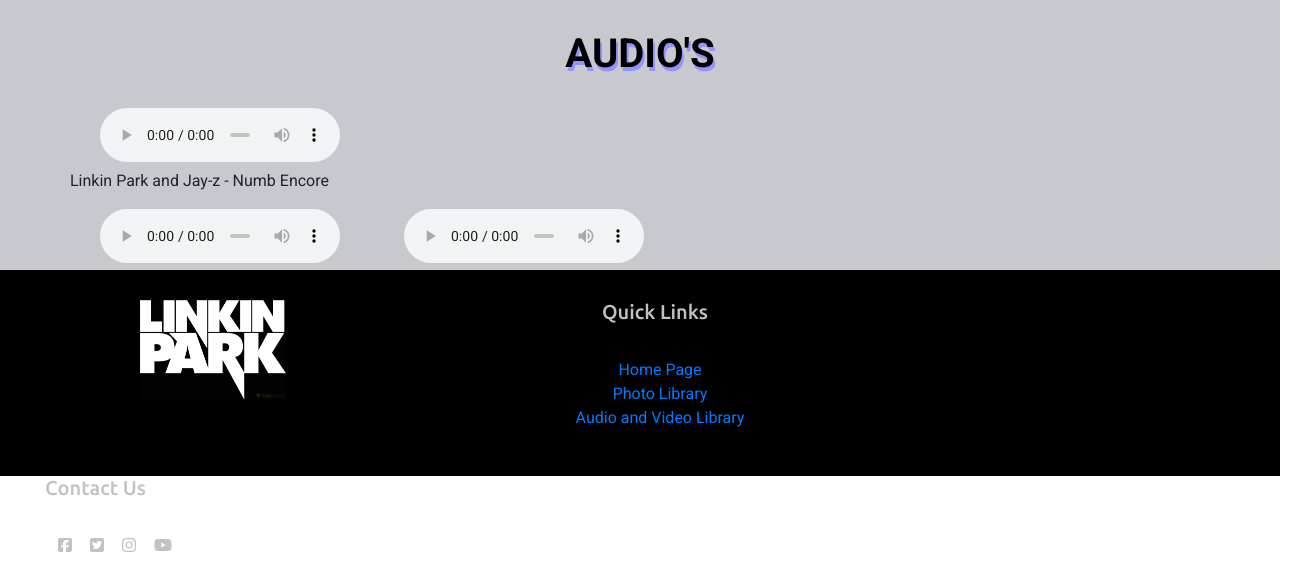
Repository: vaida898/website
Page: audio-video.html
The author's editor kept a record of every edit. The page is drawn from the files as they stood at one moment, then again after the next edit.
The browser window is 1280 px wide. The page is 1295 px wide, so the pictures cover 1295 px, including what lies to the right of the window. The pictures show the part of the page from y = 1471 to 2105 px (the page is 2045 px tall before and 2105 px after).
Some web libraries are served in a nearby version.

Above is the page before.
Console error: TypeError: Cannot read properties of undefined (reading 'fn')

### audio-video.html
<!DOCTYPE html>
<html lang="en">

<head>
    <meta charset="UTF-8">
    <meta name="viewport" content="width=device-width, initial-scale=1.0">
    <meta http-equiv="X-UA-Compatible" content="ie=edge">
    <title>LinkinPark website</title>

    <link rel="stylesheet" href="https://stackpath.bootstrapcdn.com/bootstrap/4.3.1/css/bootstrap.min.css" integrity="sha384-ggOyR0iXCbMQv3Xipma34MD+dH/1fQ784/j6cY/iJTQUOhcWr7x9JvoRxT2MZw1T" crossorigin="anonymous">
    <script src="https://kit.fontawesome.com/642fee131a.js" crossorigin="anonymous"></script>
    <script src="https://stackpath.bootstrapcdn.com/bootstrap/4.3.1/js/bootstrap.min.js" integrity="sha384-JjSmVgyd0p3pXB1rRibZUAYoIIy6OrQ6VrjIEaFf/nJGzIxFDsf4x0xIM+B07jRM" crossorigin="anonymous"></script>
    <link rel="stylesheet" href="https://cdnjs.cloudflare.com/ajax/libs/hover.css/2.3.1/css/hover-min.css" type="text/css" />
    <!-- Google font "Ubuntu" -->

    <link href="https://fonts.googleapis.com/css?family=Ubuntu:300,400,500,600,700&display=swap" rel="stylesheet">
    <link href="https://fonts.googleapis.com/css?family=Roboto:400,400i,500,500i,700,700i,900,900i&display=swap" rel="stylesheet">
    <link rel="stylesheet" href="css/style.css" type="text/css" />

</head>

<body>

    <!-- Navigation bar -->

    <header>
        <div class="container-fluid navalert-container">
            <nav class="navbar navbar-light navbar-expand-sm" style="background-color: #3D3FD1">
                <a target="_blank" href="index.html">
                    <i class="brand">LinkinPark</i>
                </a>
                <button class="navbar-toggler ml-auto" type="button" data-toggle="collapse" data-target="#navbarNavDropdown" aria-controls="navbarNavDropdown" aria-expanded="false" aria-label="Toggle navigation">
        <span class="navbar-toggler-icon"></span></button>

                <div id="navbarNavDropdown" class="collapse navbar-collapse">
                    <ul class="navbar-nav mr-auto">
                        <li class="nav-item mr-2 hvr-glow"><a class="nav-link" href="/">Home</a></li>
                        <li class="nav-item mr-2 hvr-glow"><a class="nav-link" href="/Photo library">Photo library</a></li>
                        <li class="nav-item mr-2 hvr-glow"><a class="nav-link" href="/Audio and Video library">Audio and Video library</a></li>
                        <li class="nav-item mr-2 hvr-glow"><a class="nav-link" href="/Contact Us">Contact Us</a></li>
                    </ul>
                </div>
            </nav>
        </div>
    </header>

    <section class="bg-videos">
        <div class="container videos-container">
            <div class="row">
                <div class="col-12 col-md-12 col-sm-12 col-xs-12">
                    <h1 class="text-uppercase text-center videos-header">Videos</h1>
                </div>
                <div class="video-responsive embed-responsive embed-responsive-16by9">
                    <iframe width="560" height="315" src="https://www.youtube.com/embed/eVTXPUF4Oz4" frameborder="0" allow="accelerometer; autoplay; encrypted-media; gyroscope; picture-in-picture" allowfullscreen></iframe>
                </div>
                <div class="video-responsive embed-responsive embed-responsive-16by9">
                    <iframe width="560" height="315" src="https://www.youtube.com/embed/LYU-8IFcDPw" frameborder="0" allow="accelerometer; autoplay; encrypted-media; gyroscope; picture-in-picture" allowfullscreen></iframe>
                </div>
            </div>
        </div>

    </section>


    <section class="bg-audio">
        <div class="container audio-container">
            <div class="row">
                <div class="col-12 col-md-12 col-sm-12 col-xs-12">
                    <h1 class="text-uppercase text-center audios-header">Audio's</h1>
                </div>
                <div class="audio-controls">
                    <audio id="audio" controls>
                    <source src="./audio/NumbEncore.mp3" type="audio/mpeg">
                    <source src="./audio/NumbEncore.ogg" type="audio/ogg">
                    Your browser does not support the audio element.
                </audio>
                    <p id="comment"> Linkin Park and Jay-z - Numb Encore</p>
                    <audio id="audio" controls>
                    <source src="./audio/Talking.mp3" type="audio/mpeg">
                    <source src="./audio/Talking.ogg" type="audio/ogg">
                    Your browser does not support the audio element.
                </audio>
                    <audio id="audio" controls>
                    <source src="./audio/What.mp3" type="audio/mpeg">
                    <source src="./audio/What.ogg" type="audio/ogg">
                    Your browser does not support the audio element.
                </audio>
                </div>
            </div>
    </section>


    <!--Footer-->


    <footer id="footer">
        <div class="main-footer text-center">
            <div class="row">
                <div class="col-md-4">
                    <a class="footer-logo" href="#"><img src="./images/linkinpark.jpg" alt="logo"></img></a>
                </div>
                <div class="col-md-4">
                    <h5 class="quick-links">Quick Links<span></span></h5>
                    <ul class="menu-link">
                        <li>
                            <div class="menu-link-item"><a href="#.">Home Page</a></div>
                        </li>
                        <li>
                            <div class="menu-link-item"><a href="#.">Photo Library</a></div>
                        </li>
                        <li>
                            <div class="menu-link-item"><a href="#.">Audio and Video Library</a></div>
                        </li>
                    </ul>
                </div>
            </div>
        </div>
        <div class="col-md-4">
            <h5 class="contact">Contact Us<span></span></h5>
            <ul class="social-links">
                <li class="list-inline-item">
                    <a target="_blank" href="#">
                                <i class="fab fa-facebook-square" aria-hidden="true">
                                     <span class="sr-only">Facebook</span>
                                </i>
                        </a>
                </li>
                <li class="list-inline-item">
                    <a target="_blank" href="#">
                            <i class="fab fa-twitter-square" aria-hidden="true">
                                <span class="sr-only">Twitter</span>
                            </i>
                        </a>
                </li>
                <li class="list-inline-item">
                    <a target="_blank" href="#">
                            <i class="fab fa-instagram" aria-hidden="true">
                                <span class="sr-only">Instagram</span>
                            </i>
                        </a>
                </li>
                <li class="list-inline-item">
                    <a target="_blank" href="#">
                            <i class="fab fa-youtube" aria-hidden="true">
                                <span class="sr-only">Youtube</span>
                            </i>
                        </a>
                </li>
            </ul>
        </div>
        </div>
        </div>
    </footer>


    <script src="https://code.jquery.com/jquery-3.3.1.slim.min.js" integrity="sha384-q8i/X+965DzO0rT7abK41JStQIAqVgRVzpbzo5smXKp4YfRvH+8abtTE1Pi6jizo" crossorigin="anonymous"></script>
    <script src="https://cdnjs.cloudflare.com/ajax/libs/popper.js/1.14.7/umd/popper.min.js" integrity="sha384-UO2eT0CpHqdSJQ6hJty5KVphtPhzWj9WO1clHTMGa3JDZwrnQq4sF86dIHNDz0W1" crossorigin="anonymous"></script>
    <script src="https://stackpath.bootstrapcdn.com/bootstrap/4.3.1/js/bootstrap.min.js" integrity="sha384-JjSmVgyd0p3pXB1rRibZUAYoIIy6OrQ6VrjIEaFf/nJGzIxFDsf4x0xIM+B07jRM" crossorigin="anonymous"></script>

</body>

</html>

### css/style.css
body {
    font-family: 'Ubuntu', sans-serif;
    font-family: 'Roboto', sans-serif;
}

/* Navbar -----------------------------------*/

.navalert-container {
    position: fixed;
    top: 0;
    left: 0;
    padding-left: 0;
    padding-right: 0;
    z-index: 1;
}

.navbar {
    margin-bottom: 0;
    border: 0;
    width: 100%;
    background-color: rgba(0, 0, 0, 0.25);
    box-shadow: 0 0 25px 0 black;
}

.brand {
    font-weight: bold;
    text-decoration: none;
    color: black;
    font-size: 30px;
    padding-right: 50px;
}

.navbar-inner {
    background: transparent;
}

/* Page header ----------------------*/

.page-header {
    margin-top: 30px;
    margin-bottom: 0;
    border-bottom: 0;
    text-align: center;
}



/* Band's history ----------------------*/

.history-container {
    background: url(../images/background.jpg) no-repeat center center fixed;
    background-size: cover;
    -webkit-background-size: cover;
    -moz-background-size: cover;
    -o-background-size: cover;

    top: 40px;
    display: flex;
    align-items: center;
    justify-content: center;
    text-align: center;
    padding-left: 100px;
    padding-right: 100px;
    padding-bottom: 40px;

    position: relative;
    box-shadow: 0 0 25px 0 black
}

.opaque-overlay {
    position: absolute;
    width: 100%;
    height: 100%;
    top: 0;
    left: 0;
    background-color: rgba(0, 0, 0, 0.5);
}



/* Block-divider ---------------------------*/

.block-divider {
    width: 500px;
    height: 5px;
    border: 0;
    background-color: #7A7CE7;
}



/* Members container---------------------*/

.members-header {
    margin-top: 0;
    text-decoration: none;
    font-family: 'Roboto', sans-serif;
    font-weight: 600;
    text-shadow: 1px 1px #9193FF;
}

.members-container {
    padding-top: 60px;
    padding-bottom: 60px;
    box-shadow: 0 0 25px 0 black;
    width: 100%;
    border: 0;
}

ul .members-list {
    text-align: left;
    list-style-position: inside;
    vertical-align: middle;
    list-style-type: disc;
}

.members-list {
    font-size: 20px;
    font-family: 'Roboto', sans-serif;
    font-weight: 400;
    font-style: italic;
    text-shadow: 1px 1px #9193FF;
}

.members-list li:before {
    content: "";
    margin-left: 30px;
}


/* Discogrpahy container -------------------*/

.container-wrapper--blue {
    background-color: #3D3FD1;
    color: black;
}

.discs-header {
    text-decoration: none;
    color: white;
    font-family: 'Roboto', sans-serif;
    font-weight: 600;
    text-shadow: 1px 1px #C5C5CC;
}


.discography-container {
    padding-top: 30px;
    padding-bottom: 60px;
    box-shadow: 0 0 25px 0 black;
    width: 100%;
    border: 0;
}

ul .discs-list {
    text-align: right;
    list-style-position: inside;
    vertical-align: middle;
    list-style-type: square;
}

.discs-list {
    font-size: 20px;
    color: white;
    font-family: 'Roboto', sans-serif;
    font-weight: 400;
    font-style: italic;
    text-shadow: 1px 1px #C5C5CC;
}

.discs-list li:before {
    content: "";
    margin-left: 30px;
}


/* Jumbotron -------------------------------*/

.jumbotron-header {
    color: white;
    font-weight: bold;
    margin-top: 30px;
    margin-bottom: 30px;
}

.jumbotron-paragraph {
    color: white;
    font-weight: bold;
    margin-top: 30px;
    margin-bottom: 30px;
}

.jumbotron-text {
    color: #C2C2C2;
    font-size: 20px;
}

/* Footer ------------------------------*/

#footer .main-footer {
    padding: 30px 0;
    background-color: black;
}

.footer-logo {
    width: 32px;
    height: 32px;
    margin-left: 20px;
    padding: 0;
    background-color: black;
}

.quick-links {
    font-family: "Ubuntu", sans-serif;
    font-weight: 500;
    min-height: 50px;
    color: #C2C2C2;
    margin-left: 30px;
}

ul.menu-link li {
    list-style-type: none !important;
}

.contact {
    font-family: "Ubuntu", sans-serif;
    font-weight: 500;
    min-height: 50px;
    color: #C2C2C2;
    margin-left: 30px;
}

.social-links li a i {
    margin: 3px;
    color: #C2C2C2;
    transition: all 0.35s ease-in-out;
    -moz-transition: all 0.35s ease-in-out;
    -webkit-transition: all 0.35s ease-in-out;
    -o-transition: all 0.35s ease-in-out;
}

.social-links li a i:hover {
    color: #3D3FD1;
}

#footer-details {
    padding: 20px;
}


/* Photos file ------------------------------*/

.pics-container {
    padding-top: 80px;
}


.pics-container img {
    width: 800px;
    height: 200px;
    object-fit: fill;
    padding-left: 0;
    padding-top: 0;
    margin-top: 20px;
    margin-bottom: 20px;

}


/* Audio's and videos file ------------------------------*/

.bg-videos,
.bg-audio {
   background-color: #C8C9CF;
}

.videos-container,
.audios-container {
    margin-top: 30px;
    padding-top: 100px;

}

.videos-header {
    font-family: 'Roboto', sans-serif;
    font-weight: 600;
    text-shadow: 2px 4px #9193FF;
    color: black;
    margin-bottom: 10px;
}

.video-responsive {
    overflow:hidden;
    padding-bottom:56.25%;
    position:relative;
    height:0;
}
.video-responsive iframe {
    padding-top: 40px;
    left:0;
    top:0;
    height:100%;
    width:100%;
    position:absolute;
}


.audios-header {
    font-family: 'Roboto', sans-serif;
    font-weight: 600;
    text-shadow: 2px 4px #9193FF;
    color: black;
    margin-top: 30px;
    margin-bottom: 30px;
}

#audio {
    padding-left: 30px;
    padding-right: 30px;

}

After the next edit:
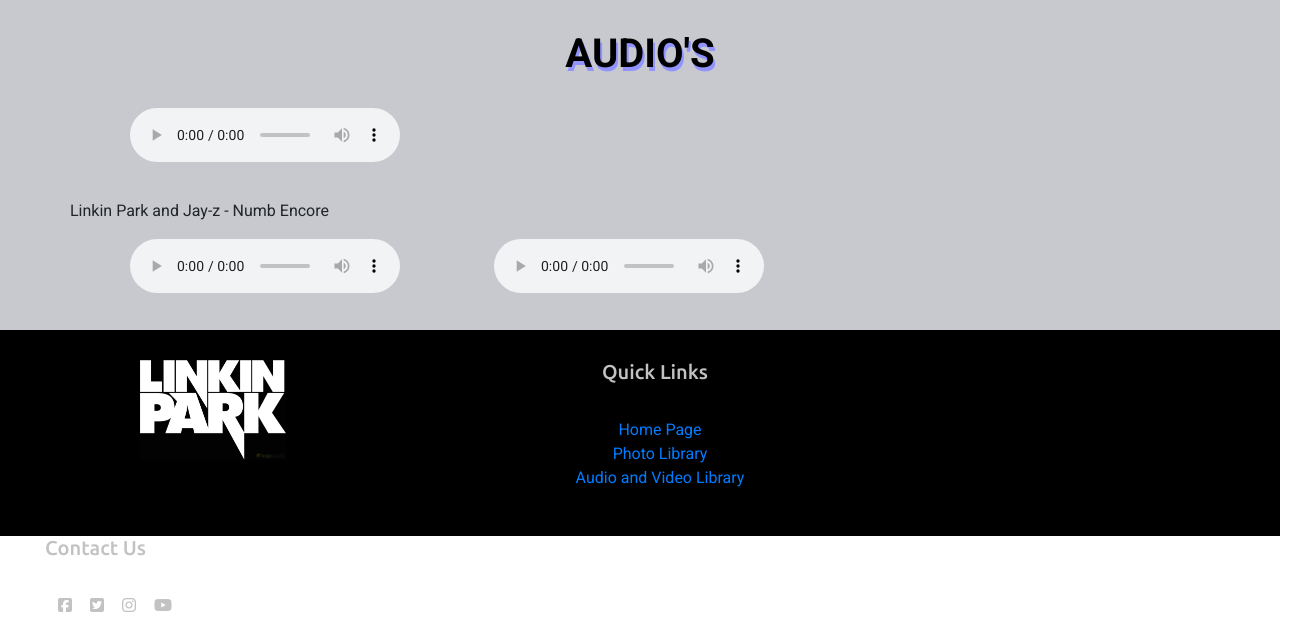
The edit:
--- a/css/style.css
+++ b/css/style.css
@@ -271,7 +271,7 @@
 
 .bg-videos,
 .bg-audio {
-   background-color: #C8C9CF;
+    background-color: #C8C9CF;
 }
 
 .videos-container,
@@ -290,18 +290,19 @@
 }
 
 .video-responsive {
-    overflow:hidden;
-    padding-bottom:56.25%;
-    position:relative;
-    height:0;
-}
+    overflow: hidden;
+    padding-bottom: 56.25%;
+    position: relative;
+    height: 0;
+}
+
 .video-responsive iframe {
     padding-top: 40px;
-    left:0;
-    top:0;
-    height:100%;
-    width:100%;
-    position:absolute;
+    left: 0;
+    top: 0;
+    height: 100%;
+    width: 100%;
+    position: absolute;
 }
 
 
@@ -315,7 +316,8 @@
 }
 
 #audio {
-    padding-left: 30px;
+    margin-left: 60px;
+    margin-bottom: 30px;
     padding-right: 30px;
 
 }
